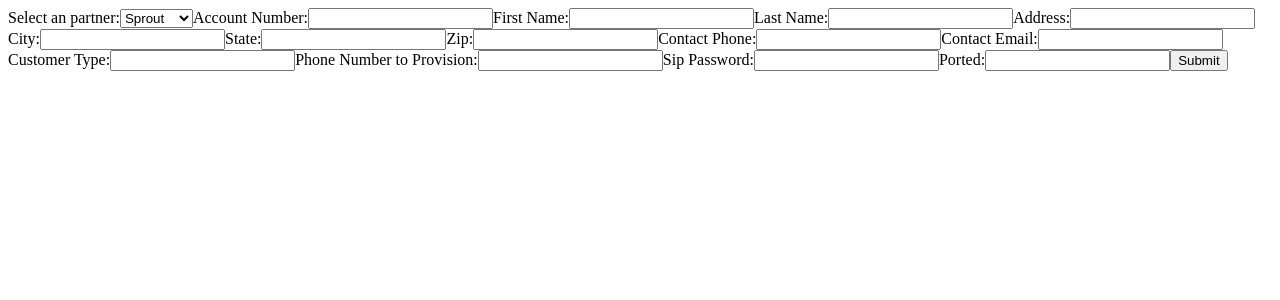
Repository: smallchungus/logiccom
Page: /
These files come from the project's save history. The page is drawn as it stood at one moment and after the next save; the edit follows.
The browser window is 1280 px wide. The pictures show the whole page.
The project was rebuilt for these pictures with package versions that can differ from the ones it lists, and the page was loaded fresh each time. Also part of the build but not shown: vite.config.ts.

Above is the page before, as saved 2023-05-04 10:41:40.

### src/App.vue
<script setup lang="ts">
</script>
<template>
  <div>
    <label for="partner">Select an partner:</label>
    <select id="mySelect">
      <option value="Sprout">Sprout</option>
      <option value="option2">Option 2</option>
    </select>

    <label for="accountNum">Account Number:</label>
    <input type="text" id="accountNum">

    <label for="firstName">First Name:</label>
    <input type="text" id="firstName" >

    <label for="lastName">Last Name:</label>
    <input type="text" id="lastName">

    <label for="address">Address:</label>
    <input type="text" id="address">

    <label for="city">City:</label>
    <input type="text" id="city">

    <label for="state">State:</label>
    <input type="text" id="state">

    <label for="zip">Zip:</label>
    <input type="text" id="zip">

    <label for="contactPhone">Contact Phone:</label>
    <input type="text" id="contactPhone">

    <label for="contactEmail">Contact Email:</label>
    <input type="text" id="contactEmail">

    <label for="customerType">Customer Type:</label>
    <input type="text" id="customerType">

    <label for="phoneToProv">Phone Number to Provision:</label>
    <input type="text" id="phoneToProv">

    <label for="sipPassword">Sip Password:</label>
    <input type="text" id="sipPassword">

    <label for="ported">Ported:</label>
    <input type="text" id="ported">

    <button>Submit</button>
  </div>
</template>



@media (min-width: 1024px) {
  header {
    display: flex;
    place-items: center;
    padding-right: calc(var(--section-gap) / 2);
  }

  .logo {
    margin: 0 2rem 0 0;
  }

  header .wrapper {
    display: flex;
    place-items: flex-start;
    flex-wrap: wrap;
  }
}

Loaded but not shown: index.html (common file); src/main.ts (common file)

After the next save:
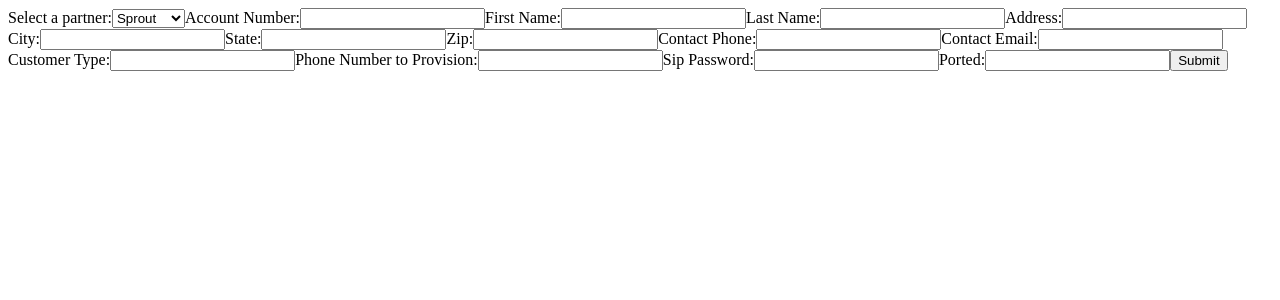
Saved 2 min 4 s later.
--- a/src/App.vue
+++ b/src/App.vue
@@ -1,58 +1,59 @@
-<script setup lang="ts">
-</script>
+Here is the corrected code:
+
+php
+Copy code
 <template>
-  <div>
-    <label for="partner">Select an partner:</label>
-    <select id="mySelect">
+  <form>
+    <label for="partner">Select a partner:</label>
+    <select id="partner" name="partner">
       <option value="Sprout">Sprout</option>
       <option value="option2">Option 2</option>
     </select>
 
     <label for="accountNum">Account Number:</label>
-    <input type="text" id="accountNum">
+    <input type="text" id="accountNum" name="accountNum">
 
     <label for="firstName">First Name:</label>
-    <input type="text" id="firstName" >
+    <input type="text" id="firstName" name="firstName">
 
     <label for="lastName">Last Name:</label>
-    <input type="text" id="lastName">
+    <input type="text" id="lastName" name="lastName">
 
     <label for="address">Address:</label>
-    <input type="text" id="address">
+    <input type="text" id="address" name="address">
 
     <label for="city">City:</label>
-    <input type="text" id="city">
+    <input type="text" id="city" name="city">
 
     <label for="state">State:</label>
-    <input type="text" id="state">
+    <input type="text" id="state" name="state">
 
     <label for="zip">Zip:</label>
-    <input type="text" id="zip">
+    <input type="text" id="zip" name="zip">
 
     <label for="contactPhone">Contact Phone:</label>
-    <input type="text" id="contactPhone">
+    <input type="text" id="contactPhone" name="contactPhone">
 
     <label for="contactEmail">Contact Email:</label>
-    <input type="text" id="contactEmail">
+    <input type="text" id="contactEmail" name="contactEmail">
 
     <label for="customerType">Customer Type:</label>
-    <input type="text" id="customerType">
+    <input type="text" id="customerType" name="customerType">
 
     <label for="phoneToProv">Phone Number to Provision:</label>
-    <input type="text" id="phoneToProv">
+    <input type="text" id="phoneToProv" name="phoneToProv">
 
     <label for="sipPassword">Sip Password:</label>
-    <input type="text" id="sipPassword">
+    <input type="text" id="sipPassword" name="sipPassword">
 
     <label for="ported">Ported:</label>
-    <input type="text" id="ported">
+    <input type="text" id="ported" name="ported">
 
-    <button>Submit</button>
-  </div>
+    <button type="submit">Submit</button>
+  </form>
 </template>
 
-
-
+<style>
 @media (min-width: 1024px) {
   header {
     display: flex;
@@ -70,3 +71,4 @@
     flex-wrap: wrap;
   }
 }
+</style>
